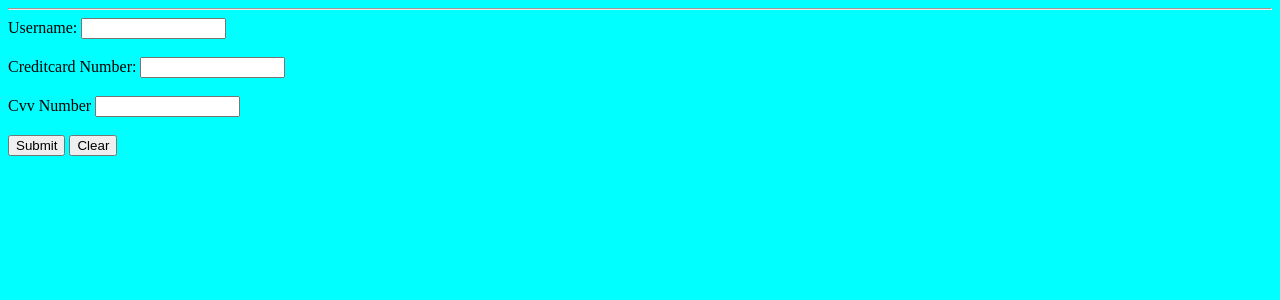
Repository: laikrish/day10
Page: CreditCard/WebContent/creditcard.html
The author's editor kept a copy of each file at every save. The page is drawn from the files as they stood at one save, then again after the next save.
The browser window is 1280 px wide. The pictures show the whole page.

Above is the page before, as saved 2018-09-06 09:24:34.

### CreditCard/WebContent/creditcard.html
<!DOCTYPE html>
<html>
<head>
<meta charset="ISO-8859-1">
<title>Credit Card Details</title>
</head>
<body bgcolor="cyan">
<hr>
<form action="credit" method="post">
<label> Username: </label>
<input type ="text" name="username" size="15"/>
<br><br>

<label> Creditcard Number: </label>
<input type ="text" name="creditcardnumber" size="15"/>
<br><br>
<label>Cvv Number </label>
<input type ="text" name="cvvnumber" size="15"/>
<br><br>
<input type="submit"/>
<input type="reset" value="Clear"/>
<br><br>
</form>

</body>
</html>

After the next save:
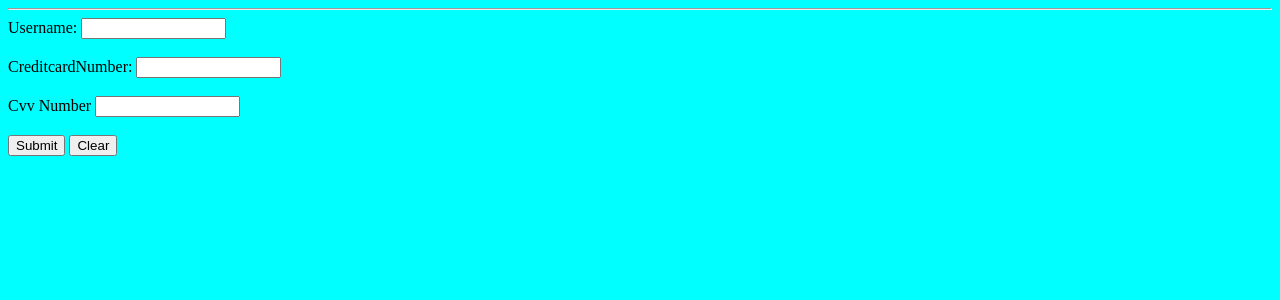
Saved 5 s later.
--- a/CreditCard/WebContent/creditcard.html
+++ b/CreditCard/WebContent/creditcard.html
@@ -11,7 +11,7 @@
 <input type ="text" name="username" size="15"/>
 <br><br>
 
-<label> Creditcard Number: </label>
+<label> CreditcardNumber: </label>
 <input type ="text" name="creditcardnumber" size="15"/>
 <br><br>
 <label>Cvv Number </label>
